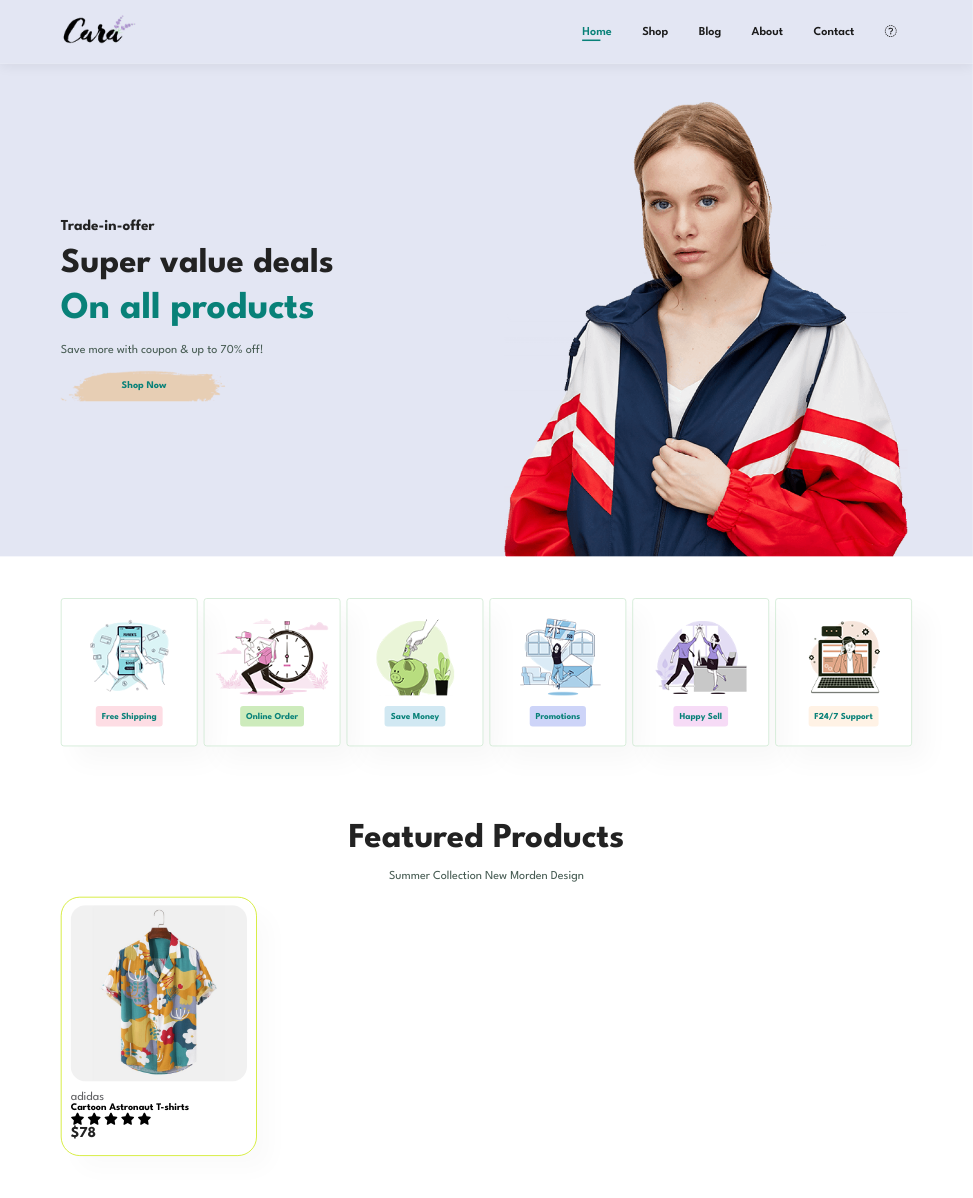
Repository: quy261001/cara
Page: index.html
An editor plug-in stored every save of this project. The page is shown before and after the next save, followed by the edit.
The browser window is 1280 px wide. The pictures show the whole page, at 76% of full size.

Above is the page before, as saved 2022-05-01 16:27:03.

After the next save:
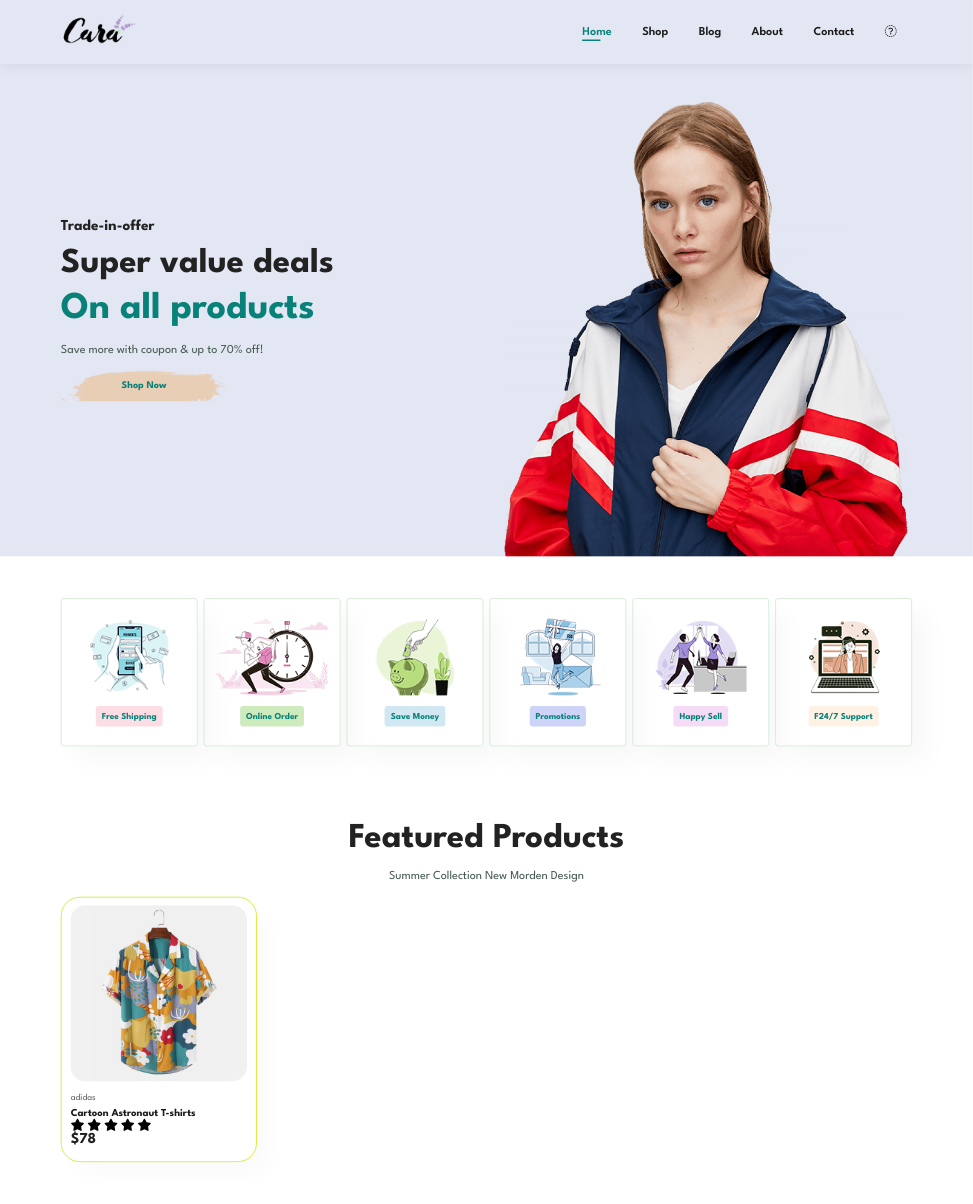
Saved 34 min 44 s later.
--- a/style.css
+++ b/style.css
@@ -195,4 +195,14 @@ body {
 }
 .product1 .pro .des span {
   color: #606063;
-}
+  font-size: 12px;
+}
+.product1 .pro .des h5 {
+  padding-top: 7px;
+  color: #1a1a1a;
+  font-size: 14px;
+}
+.product .pro .des i {
+  font-size: 12px;
+  color: rgb(243, 181, 25);
+}
